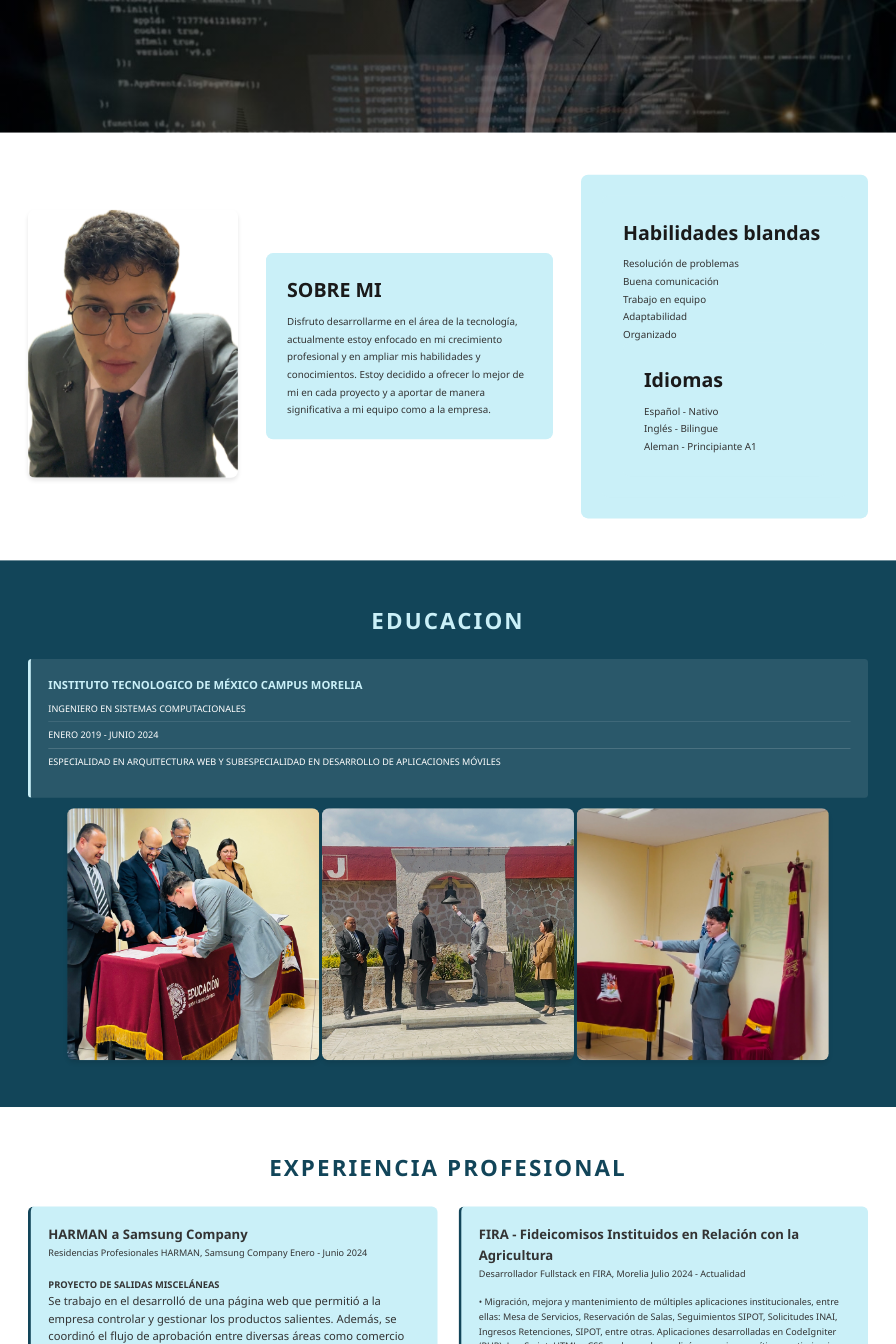
Repository: rafaelsilva2k/mi-portafolio
Page: index.html
These files come from the project's save history. The page is drawn as it stood at one moment and after the next save; the edit follows.
The browser window is 1280 px wide. The pictures show the part of the page from y = 411 to 2331 px (the page is 3414 px tall before and 3313 px after), at 70% of full size.

Above is the page before, as saved 2026-04-17 13:16:54.

### index.html
<!DOCTYPE html>
<html lang="en">
<head>
    <meta charset="UTF-8">
    <meta name="viewport" content="width=device-width, initial-scale=1.0">
    <title>Rafael Fabian Silva Zapien</title>
    <link rel="stylesheet" href="styles.css">
</head>
<body>
    <!-- HEADER: Nombre, Profesión y Menú de Navegación -->
    <header class="header">
        <div class="header-content">
            <div class="logo-section">
                <h1>Rafael Fabian Silva Zapien</h1>
                <p class="profession">INGENIERO EN SISTEMAS COMPUTACIONALES</p>
            </div>

            <nav class="navbar">
                <ul>
                    <li><a href="#sobre-mi">SOBRE MI</a></li>
                    <li><a href="#educacion">EDUCACION</a></li>
                    <li><a href="#experiencia">EXPERIENCIA</a></li>
                    <li><a href="#proyectos">PROYECTOS</a></li>
                    <li><a href="#contacto">CONTACTO</a></li>
                </ul>
            </nav>
        </div>
    </header>

    <!-- HERO SECTION: Imagen grande con texto "Desarrollador Web Fullstack" -->
     <section class="hero">
        <div class="hero-content">
            <h2>Desarrollador Web<br>Fullstack</h2>
        </div>
     </section>

     <!-- SECCIÓN SOBRE MÍ: Foto + Descripción -->
      <section id="sobre-mi" class="sobre-mi">
        <div class="sobre-mi-container">
            <div class="sobre-mi-foto">
                <img src="images/me.png" alt="Rafael Silva">
            </div>
            <div class="sobre-mi-texto">
                <h2>SOBRE MI</h2>
                <p>Disfruto desarrollarme en el área de la tecnología, actualmente estoy enfocado en mi crecimiento profesional y en ampliar mis habilidades y conocimientos. Estoy decidido a ofrecer lo mejor de mi en cada proyecto y a aportar de manera significativa a mi equipo como a la empresa.</p>
            </div>
            <div class="sobre-mi-texto">
                <div class="sobre-mi-habilidades">
                    <div>
                        <h2>Habilidades blandas</h2>
                        <p> Resolución de problemas <br> Buena comunicación <br> Trabajo en equipo  <br> Adaptabilidad <br> Organizado</p>
                    </div>
                    <div class="sobre-mi-habilidades">
                        <h2>Idiomas</h2>
                        <p>Español - Nativo <br> Inglés - Bilingue <br> Aleman - Principiante A1</p>
                    </div>
                </div>
            </div>
        </div>
      </section>

      <!--Seccion de Educacion-->
      <section id="educacion" class="educacion">
        <h2>EDUCACION</h2>
        <div class="educacion-content">
            <div class="educacion-item">
                <h4>INSTITUTO TECNOLOGICO DE MÉXICO CAMPUS MORELIA</h4>
                <p>INGENIERO EN SISTEMAS COMPUTACIONALES</p>
                <p>ENERO 2019 - JUNIO 2024</p>
                <p>ESPECIALIDAD EN ARQUITECTURA WEB Y SUBESPECIALIDAD EN DESARROLLO DE APLICACIONES MÓVILES</p>
            </div>
            <div class="education-item">
                <div class="education-photos">
                    <img src="images/FirmaTitulacion.jpeg">
                    <img src="images/campanaTitulacion.jpeg">
                    <img src="images/titulacion.jpeg">
                </div>
            </div>
        </div>
      </section>

      <section id="experiencia" class="experiencia">
        <h2>EXPERIENCIA PROFESIONAL</h2>
            <div class="experiencia-content">
                <div class="experiencia-item">
                    <h3>HARMAN a Samsung Company</h3>
                    <p>Residencias Profesionales HARMAN, Samsung Company Enero - Junio 2024 </p><br>
                    <h5>PROYECTO DE SALIDAS MISCELÁNEAS</h5>
                    <p></p>Se trabajo en el desarrolló de una página web que permitió a la empresa
                    controlar y gestionar los productos salientes. Además, se coordinó el flujo de
                    aprobación entre diversas áreas como comercio exterior, logística y seguridad. <br> <br>
                    <h5>PROYECTO COSTO DE BIENES VENDIDOS (COGS)</h5>
                    Se trabajo en la automatización el cálculo de COGS e implementó un módulo
                    que agiliza la obtención de datos para el reporte de COGS, logrando un análisis
                    más detallado y una representación gráfica eficaz de la información.</p>
                </div>
                <div class="experiencia-item">
                    <h3>FIRA - Fideicomisos Instituidos en Relación con la Agricultura</h3>
                    <p>Desarrollador Fullstack en FIRA, Morelia Julio 2024 - Actualidad <br> <br>
                    • Migración, mejora y mantenimiento de múltiples aplicaciones institucionales,
                    entre ellas: Mesa de Servicios, Reservación de Salas, Seguimientos SIPOT,
                    Solicitudes INAI, Ingresos Retenciones, SIPOT, entre otras.
                    Aplicaciones desarrolladas en CodeIgniter (PHP), JavaScript, HTML y CSS,
                    en las cuales realicé correcciones críticas, optimizaciones de rendimiento y
                    mejoras funcionales.
                    Implementación de consumo de APIs internas de FIRA (Capital Humano)
                    cuando fue requerido.
                    Sustitución de vistas de Capital Humano en base de datos por procesos
                    internos más eficientes.
                    Todas las aplicaciones intervenidas fueron migradas a SQL Server 2019. <br>
                    • Desarrollo de un módulo completo dentro de la aplicación Reservación de
                    Salas para la gestión y reservación de cargadores eléctricos para vehículos del
                    personal interno.<br>
                    • Colaboración en la aplicación Siniestralidad, desarrollada originalmente en
                    ASP, la cual fue migrada a SQL Server 2019 y sometida a una limpieza y
                    depuración general. Posteriormente se detectaron fallas en el funcionamiento y
                    realicé los ajustes necesarios para su correcta operación.<br>
                    • Participación en la migración de la aplicación Firma Electrónica, actualizando
                    la plataforma de Java 1.4 a Java 17, así como la migración de Tomcat y todos
                    los cambios estructurales requeridos para garantizar compatibilidad y
                    estabilidad.<br>
                    • Elaboración de documentación técnica detallada para todos los proyectos,
                    facilitando futuras tareas de mantenimiento, soporte y transferencia de
                    conocimiento dentro del equipo. Apoyo adicional en la preparación de
                    documentación para describir cambio</p>
                </div>
            </div>
      </section>

      <!--Seccion de proyectos-->
      <section id="proyectos" class="proyectos">
        <h2>PROYECTOS</h2>
        <div class="proyectos-content">
            <div class="proyectos-item">
                <h4>Primer proyecto</h4>
                <img src="" alt="Proyecto-1-name">
            </div>
            <div class="proyectos-item">
                <h4> Segundo proyecto</h4>
                <img src="" alt="Proyecto-2-name">
            </div>
            <div class="proyectos-item">
                <h4>Tercer proyecto</h4>
                <img src="" alt="proyecto-3-name">
            </div>
        </div>
      </section>

      <section id="contacto" class="contacto">
        <h2>Contacto</h2>
        <div class="contacto-content">
            <p>Email: rafaelsilva2k256@gmail.com</p>
            <p>LinkedIn: <a href="www.linkedin.com/in/rafael-fabian-silva-zapien-a124ba247">Perfil de Linkedin</a></p>
            <p>GitHub: <a href="#">Tu GitHub</a></p>
        </div>
      </section>

      <!--footer-->
      <footer class="footer">
        <p>&copy; 2024 Rafael Fabian Silva Zapien. Todos los derechos reservados.</p>
      </footer>

      <script src="script.js"></script>
</body>
</html>

### styles.css
/* ============================================
   RESET Y VARIABLES GLOBALES
   ============================================ */

* {
    margin: 0;
    padding: 0;
    box-sizing: border-box;
}

:root {
    --color-primary: #caf0f8;      /* Amarillo */
    --color-secondary: #124559;    /* Dorado/Marrón */
    --color-dark: #1a1a1a;         /* Negro */
    --color-text: #333333;         /* Texto gris oscuro */
    --color-white: #ffffff;        /* Blanco */
}

body {
    font-family: 'Segoe UI', Tahoma, Geneva, Verdana, sans-serif;
    color: var(--color-text);
    line-height: 1.6;
}

/* ============================================
   HEADER - Menú y nombre
   ============================================ */

.header {
    background-color: var(--color-primary);
    padding: 20px 0;
    border-bottom: 3px solid var(--color-secondary);
    position: sticky;
    top: 0;
    z-index: 100;
}

.header-content {
    max-width: 1200px;
    margin: 0 auto;
    padding: 0 20px;

    /* FLEXBOX: Alinea nombre a la izquierda y menú a la derecha */
    display: flex;
    justify-content: space-between;
    align-items: center;
}

.logo-section h1 {
    font-size: 24px;
    font-weight: bold;
    color: var(--color-dark);
}

.profession {
    font-size: 12px;
    color: var(--color-text);
    letter-spacing: 2px;
}

/* NAVEGACIÓN - Menú horizontal */
.navbar ul {
    list-style: none;

    /* FLEXBOX: Alinea los items del menú horizontalmente */
    display: flex;
    gap: 30px;
}

.navbar a {
    text-decoration: none;
    color: var(--color-text);
    font-size: 14px;
    font-weight: 500;
    transition: color 0.3s ease;
}

.navbar a:hover {
    color: var(--color-secondary);
}

/* ============================================
   HERO SECTION - Imagen grande
   ============================================ */

.hero {
    background: linear-gradient(rgba(0, 0, 0, 0.5), rgba(0, 0, 0, 0.5)),
                url('images/iaGeneratedMe.jpeg');
    background-size: cover;
    background-position: center;
    height: 500px;

    /* FLEXBOX: Centra el texto en el hero */
    display: flex;
    align-items: center;
    justify-content: center;
    text-align: center;
}

.hero-content h2 {
    font-size: 48px;
    color: var(--color-primary);
    font-weight: bold;
    text-shadow: 2px 2px 4px rgba(0, 0, 0, 0.7);
}

/* ============================================
   SECCIÓN SOBRE MÍ
   ============================================ */

.sobre-mi {
    padding: 60px 20px;
    background-color: var(--color-white);
}

.sobre-mi-container {
    max-width: 1200px;
    margin: 0 auto;

    /* FLEXBOX: Alinea foto a la izquierda y texto a la derecha */
    display: flex;
    gap: 40px;
    align-items: center;
}

.sobre-mi-foto {
    flex: 0 0 300px;  /* Ancho fijo de 300px */
}

.sobre-mi-foto img {
    width: 100%;
    border-radius: 10px;
    box-shadow: 0 4px 6px rgba(0, 0, 0, 0.1);
}

.sobre-mi-texto {
    flex: 1;  /* Ocupa el espacio restante */
    background-color: var(--color-primary);
    padding: 30px;
    border-radius: 10px;
}

.sobre-mi-texto h2 {
    font-size: 28px;
    margin-bottom: 10px;
    color: var(--color-dark);
}

.sobre-mi-texto h3 {
    font-size: 14px;
    letter-spacing: 2px;
    margin-bottom: 20px;
    color: var(--color-secondary);
}

.sobre-mi-texto p {
    font-size: 14px;
    line-height: 1.8;
    color: var(--color-text);
}

.sobre-mi-habilidades {
    flex: content;
    flex: 1;  /* Ocupa el espacio restante */
    background-color: var(--color-primary);
    padding: 30px;
    border-radius: 10px;
}

/* ============================================
   SECCIÓN EDUCACIÓN
   ============================================ */

.educacion {
    padding: 60px 20px;
    background-color: var(--color-secondary);
    color: var(--color-white);
}

.educacion h2 {
    font-size: 32px;
    margin-bottom: 30px;
    text-align: center;
    color: var(--color-primary);
    letter-spacing: 3px;
}

.educacion-content {
    max-width: 1200px;
    margin: 0 auto;
}

.educacion-item {
    background-color: rgba(255, 255, 255, 0.1);
    padding: 25px;
    margin-bottom: 15px;
    border-left: 4px solid var(--color-primary);
    border-radius: 5px;
}

.educacion-item h4 {
    font-size: 16px;
    margin-bottom: 10px;
    color: var(--color-primary);
}

.educacion-item p {
    font-size: 13px;
    margin-bottom: 8px;
    padding-bottom: 8px;
    border-bottom: 1px solid rgba(255, 255, 255, 0.2);
}

.educacion-item p:last-child {
    border-bottom: none;
}

.education-photos {
    flex: 0 0 300px;  /* Ancho fijo de 300px */
    text-align: center;
}

.education-photos img {
    width: 30%;
    border-radius: 10px;
    box-shadow: 0 4px 6px rgba(0, 0, 0, 0.1);
}

/* ============================================
   SECCIÓN EXPERIENCIA
   ============================================ */

.experiencia {
    padding: 60px 20px;
    background-color: var(--color-white);
}

.experiencia h2 {
    font-size: 32px;
    margin-bottom: 30px;
    text-align: center;
    color: var(--color-secondary);
    letter-spacing: 3px;
}

.experiencia-content {
    max-width: 1200px;
    margin: 0 auto;

    /* FLEXBOX: Coloca los items uno al lado del otro */
    display: flex;
    gap: 30px;
}

.experiencia-item {
    flex: 1;
    background-color: var(--color-primary);
    padding: 25px;
    border-radius: 8px;
    border-left: 4px solid var(--color-secondary);
}

.experiencia-item h4 {
    font-size: 16px;
    margin-bottom: 10px;
    color: var(--color-dark);
}

.experiencia-item p {
    font-size: 13px;
    color: var(--color-text);
}

/* ============================================
   SECCIÓN PROYECTOS
   ============================================ */

.proyectos {
    padding: 60px 20px;
    background-color: var(--color-primary);
}

.proyectos h2 {
    font-size: 32px;
    margin-bottom: 30px;
    text-align: center;
    color: var(--color-secondary);
    letter-spacing: 3px;
}

.proyectos-content {
    max-width: 1200px;
    margin: 0 auto;

    /* FLEXBOX: Coloca las tarjetas en 3 columnas */
    display: flex;
    gap: 25px;
    justify-content: space-between;
}

.proyectos-item {
    flex: 1;
    background-color: var(--color-white);
    padding: 20px;
    border-radius: 8px;
    box-shadow: 0 2px 8px rgba(0, 0, 0, 0.1);
    transition: transform 0.3s ease;
}

.proyectos-item:hover {
    transform: translateY(-5px);
}

.proyectos-item h4 {
    font-size: 16px;
    margin-bottom: 15px;
    color: var(--color-dark);
}

.proyectos-item img {
    width: 100%;
    height: 200px;
    object-fit: cover;
    border-radius: 5px;
    background-color: var(--color-secondary);
}

/* ============================================
   SECCIÓN CONTACTO
   ============================================ */

.contacto {
    padding: 60px 20px;
    background-color: var(--color-secondary);
    color: var(--color-white);
    text-align: center;
}

.contacto h2 {
    font-size: 32px;
    margin-bottom: 30px;
    color: var(--color-primary);
    letter-spacing: 3px;
}

.contacto-content {
    max-width: 600px;
    margin: 0 auto;
    font-size: 14px;
    line-height: 2;
}

.contacto-content a {
    color: var(--color-primary);
    text-decoration: none;
    font-weight: bold;
}

.contacto-content a:hover {
    text-decoration: underline;
}

/* ============================================
   FOOTER
   ============================================ */

.footer {
    background-color: var(--color-dark);
    color: var(--color-white);
    text-align: center;
    padding: 20px;
    font-size: 12px;
}

/* ============================================
   RESPONSIVE - Para dispositivos móviles
   ============================================ */

@media (max-width: 768px) {
    .header-content {
        flex-direction: column;
        gap: 20px;
    }

    .navbar ul {
        gap: 15px;
        font-size: 12px;
    }

    .sobre-mi-container {
        flex-direction: column;
    }

    .sobre-mi-foto {
        flex: 0 0 200px;
    }

    .experiencia-content {
        flex-direction: column;
    }

    .proyectos-content {
        flex-direction: column;
    }

    .hero-content h2 {
        font-size: 32px;
    }
}

Loaded but not shown: script.js (no copy from this time; the picture is the same without it)

After the next save:
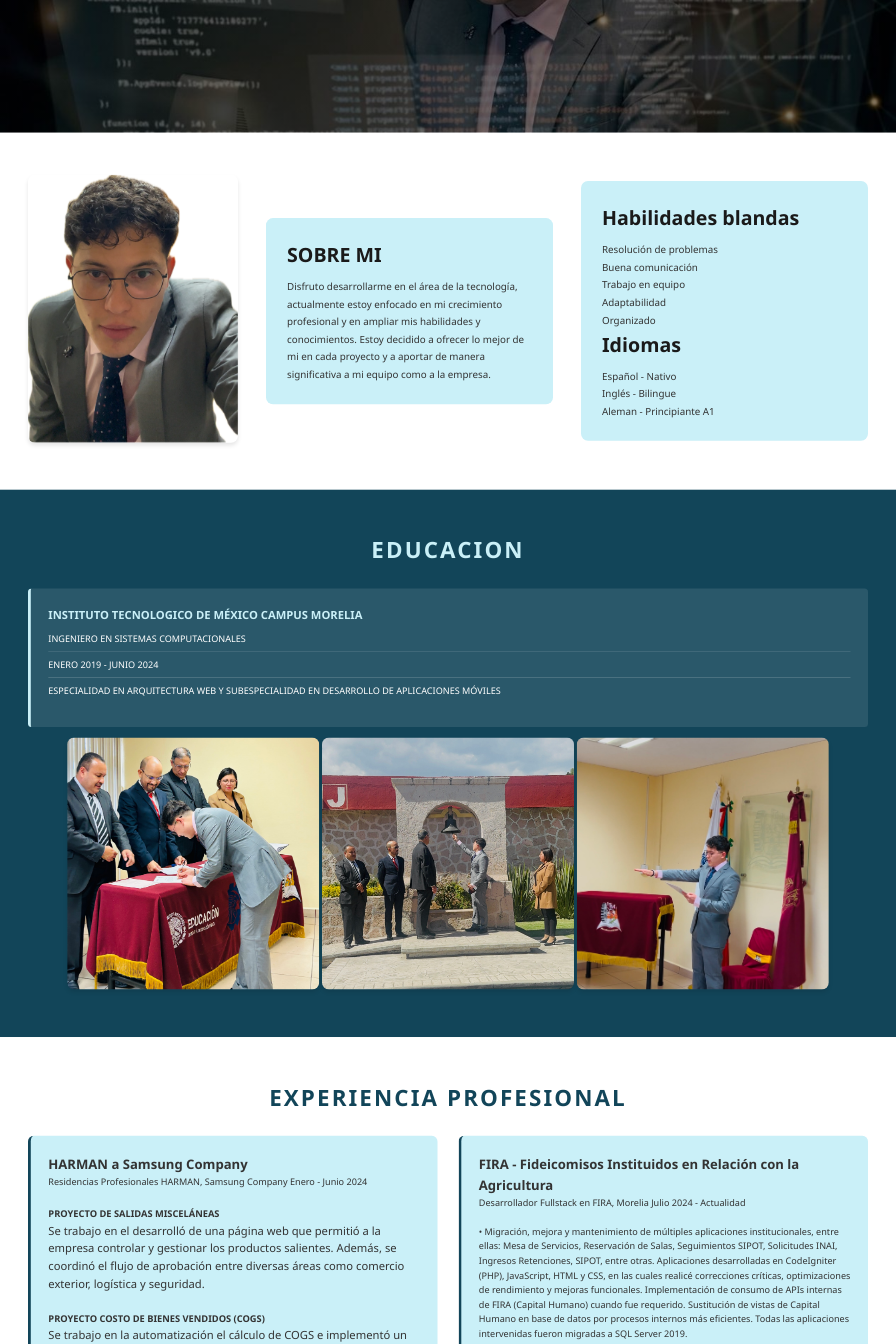
Saved 14 s later.
--- a/index.html
+++ b/index.html
@@ -45,12 +45,12 @@
                 <p>Disfruto desarrollarme en el área de la tecnología, actualmente estoy enfocado en mi crecimiento profesional y en ampliar mis habilidades y conocimientos. Estoy decidido a ofrecer lo mejor de mi en cada proyecto y a aportar de manera significativa a mi equipo como a la empresa.</p>
             </div>
             <div class="sobre-mi-texto">
-                <div class="sobre-mi-habilidades">
+                <div class="sobre-mi-habili">
                     <div>
                         <h2>Habilidades blandas</h2>
                         <p> Resolución de problemas <br> Buena comunicación <br> Trabajo en equipo  <br> Adaptabilidad <br> Organizado</p>
                     </div>
-                    <div class="sobre-mi-habilidades">
+                    <div>
                         <h2>Idiomas</h2>
                         <p>Español - Nativo <br> Inglés - Bilingue <br> Aleman - Principiante A1</p>
                     </div>
